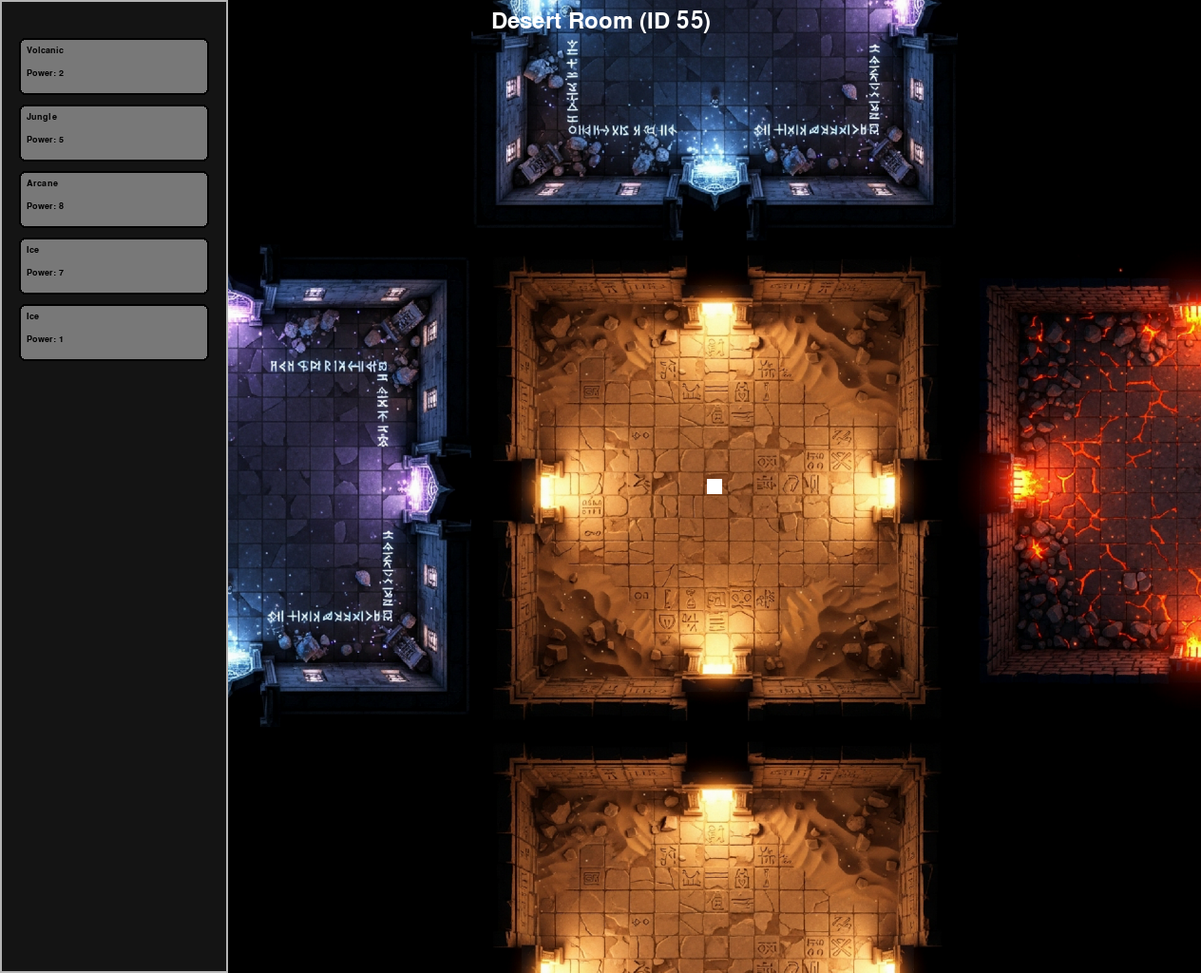
Repository: MehediMim/GateBound
Script's output: python main.py
These files come from the project's save history. The script's output is drawn as it stood at one moment and after the next save; the edit follows.
The pictures are shown at 95% of full size.
The window is shown after at most 60 frames with no key pressed. Random numbers start from a fixed seed. It also reads assets/bg_arcane.png, assets/bg_desert.png, assets/bg_ice.png, assets/bg_jungle.png, assets/bg_volcanic.png.

Above is the script's output before, as saved 2026-01-26 18:59:25.

### main.py
import pygame
import sys
import random

# =========================
# CONFIG
# =========================
ROOM_ORIGINAL = 1024
ROOM_SCALE = 0.5
ROOM_DRAW = int(ROOM_ORIGINAL * ROOM_SCALE)  # 512
FPS = 60
PLAYER_SPEED = 5
DEBUG = False

GRID_W = 10
GRID_H = 10

# =========================
# UI / LAYOUT (IMPORTANT)
# =========================
SIDEBAR_W = 240                     # LEFT UI ONLY
PREVIEW_MARGIN = ROOM_DRAW // 2     # space for half rooms

SCREEN_WIDTH  = SIDEBAR_W + ROOM_DRAW + PREVIEW_MARGIN * 2
SCREEN_HEIGHT = ROOM_DRAW + PREVIEW_MARGIN * 2

# =========================
# CARD CONFIG
# =========================
CARD_TYPES = ["Jungle", "Desert", "Ice", "Volcanic", "Arcane"]
CARD_MIN_POWER = 1
CARD_MAX_POWER = 9
MAX_CARDS = 5

# =========================
# INIT
# =========================
pygame.init()
screen = pygame.display.set_mode((SCREEN_WIDTH, SCREEN_HEIGHT))
pygame.display.set_caption("Tower Puzzle — Rooms (10x10)")
clock = pygame.time.Clock()

font = pygame.font.SysFont(None, 36)
map_font = pygame.font.SysFont(None, 14)

# =========================
# ROOM TYPES + BG
# =========================
ROOM_TYPES = ["Jungle", "Desert", "Ice", "Volcanic", "Arcane"]

BG_RAW = {
    "Jungle": pygame.image.load("assets/bg_jungle.png").convert(),
    "Desert": pygame.image.load("assets/bg_desert.png").convert(),
    "Ice": pygame.image.load("assets/bg_ice.png").convert(),
    "Volcanic": pygame.image.load("assets/bg_volcanic.png").convert(),
    "Arcane": pygame.image.load("assets/bg_arcane.png").convert(),
}

BG = {
    k: pygame.transform.smoothscale(v, (ROOM_DRAW, ROOM_DRAW))
    for k, v in BG_RAW.items()
}

# =========================
# GAME BOX (UNCHANGED LOGIC)
# =========================
GAME_BOX_RECT = pygame.Rect(
    SIDEBAR_W + PREVIEW_MARGIN,
    PREVIEW_MARGIN,
    ROOM_DRAW,
    ROOM_DRAW
)

ROOM_RECT = GAME_BOX_RECT.copy()

# =========================
# DOORS
# =========================
DOORS = {
    "top":    pygame.Rect(ROOM_RECT.centerx - 56, ROOM_RECT.top - 112, 112, 112),
    "bottom": pygame.Rect(ROOM_RECT.centerx - 56, ROOM_RECT.bottom,     112, 112),
    "left":   pygame.Rect(ROOM_RECT.left - 112,   ROOM_RECT.centery - 56, 112, 112),
    "right":  pygame.Rect(ROOM_RECT.right,        ROOM_RECT.centery - 56, 112, 112),
}

WALK_RECT = ROOM_RECT.copy()
for r in DOORS.values():
    WALK_RECT.union_ip(r)

SPAWN = ROOM_RECT.center

# =========================
# WORLD (10x10 FIXED)
# =========================
rooms = {}

def room_id(x, y):
    return y * GRID_W + x

def create_world():
    for y in range(GRID_H):
        for x in range(GRID_W):
            rid = room_id(x, y)
            links = {}
            if y > 0: links["top"] = room_id(x, y - 1)
            if y < GRID_H - 1: links["bottom"] = room_id(x, y + 1)
            if x > 0: links["left"] = room_id(x - 1, y)
            if x < GRID_W - 1: links["right"] = room_id(x + 1, y)

            rooms[rid] = {
                "id": rid,
                "pos": (x, y),
                "type": random.choice(ROOM_TYPES),
                "links": links
            }

create_world()
current = room_id(GRID_W // 2, GRID_H // 2)

# =========================
# PLAYER
# =========================
player = pygame.Rect(0, 0, 16, 16)
player.center = SPAWN

# =========================
# CARDS
# =========================
cards = []

def create_random_card():
    return {
        "type": random.choice(CARD_TYPES),
        "power": random.randint(CARD_MIN_POWER, CARD_MAX_POWER)
    }

cards = [create_random_card() for _ in range(MAX_CARDS)]

# =========================
# MOVEMENT
# =========================
def move(dx, dy):
    player.x += dx
    player.y += dy
    player.clamp_ip(WALK_RECT)

def change_room(direction):
    global current
    if direction in rooms[current]["links"]:
        current = rooms[current]["links"][direction]
        player.center = SPAWN

def handle_doors():
    for d, r in DOORS.items():
        if player.colliderect(r):
            change_room(d)
            break

# =========================
# DRAW UI
# =========================
def draw_cards():
    x = 20
    y = 40
    w = SIDEBAR_W - 40
    h = 60
    gap = 10

    for i, c in enumerate(cards):
        rect = pygame.Rect(x, y + i * (h + gap), w, h)
        pygame.draw.rect(screen, (120, 120, 120), rect, border_radius=6)
        pygame.draw.rect(screen, (0, 0, 0), rect, 2, border_radius=6)
        screen.blit(map_font.render(c["type"], True, (0,0,0)), (rect.x+8, rect.y+8))
        screen.blit(map_font.render(f"Power: {c['power']}", True, (0,0,0)), (rect.x+8, rect.y+32))

# =========================
# LOOP
# =========================
while True:
    clock.tick(FPS)

    for e in pygame.event.get():
        if e.type == pygame.QUIT:
            pygame.quit()
            sys.exit()

    k = pygame.key.get_pressed()
    dx = dy = 0
    if k[pygame.K_a] or k[pygame.K_LEFT]: dx -= PLAYER_SPEED
    if k[pygame.K_d] or k[pygame.K_RIGHT]: dx += PLAYER_SPEED
    if k[pygame.K_w] or k[pygame.K_UP]: dy -= PLAYER_SPEED
    if k[pygame.K_s] or k[pygame.K_DOWN]: dy += PLAYER_SPEED

    move(dx, dy)
    handle_doors()

    screen.fill((0,0,0))

    # Sidebar
    pygame.draw.rect(screen, (20,20,20), (0,0,SIDEBAR_W,SCREEN_HEIGHT))
    pygame.draw.rect(screen, (180,180,180), (0,0,SIDEBAR_W,SCREEN_HEIGHT), 2)

    # Game box border
    pygame.draw.rect(screen, (30,30,30), GAME_BOX_RECT)
    pygame.draw.rect(screen, (180,180,180), GAME_BOX_RECT, 2)

    room = rooms[current]
    cx, cy = ROOM_RECT.topleft
    w = h = ROOM_DRAW
    half = w // 2

    # Center
    screen.blit(BG[room["type"]], (cx, cy))

    # Neighbors (VISIBLE, NOT CLIPPED)
    if "top" in room["links"]:
        t = rooms[room["links"]["top"]]
        screen.blit(BG[t["type"]].subsurface((0, half, w, half)), (cx, cy-half))
    if "bottom" in room["links"]:
        b = rooms[room["links"]["bottom"]]
        screen.blit(BG[b["type"]].subsurface((0, 0, w, half)), (cx, cy+w))
    if "left" in room["links"]:
        l = rooms[room["links"]["left"]]
        screen.blit(BG[l["type"]].subsurface((half, 0, half, h)), (cx-half, cy))
    if "right" in room["links"]:
        r = rooms[room["links"]["right"]]
        screen.blit(BG[r["type"]].subsurface((0, 0, half, h)), (cx+w, cy))

    pygame.draw.rect(screen, (255,255,255), player)

    draw_cards()

    label = font.render(f"{room['type']} Room (ID {current})", True, (255,255,255))
    screen.blit(label, (SCREEN_WIDTH//2 - label.get_width()//2, 10))

    pygame.display.flip()

After the next save:
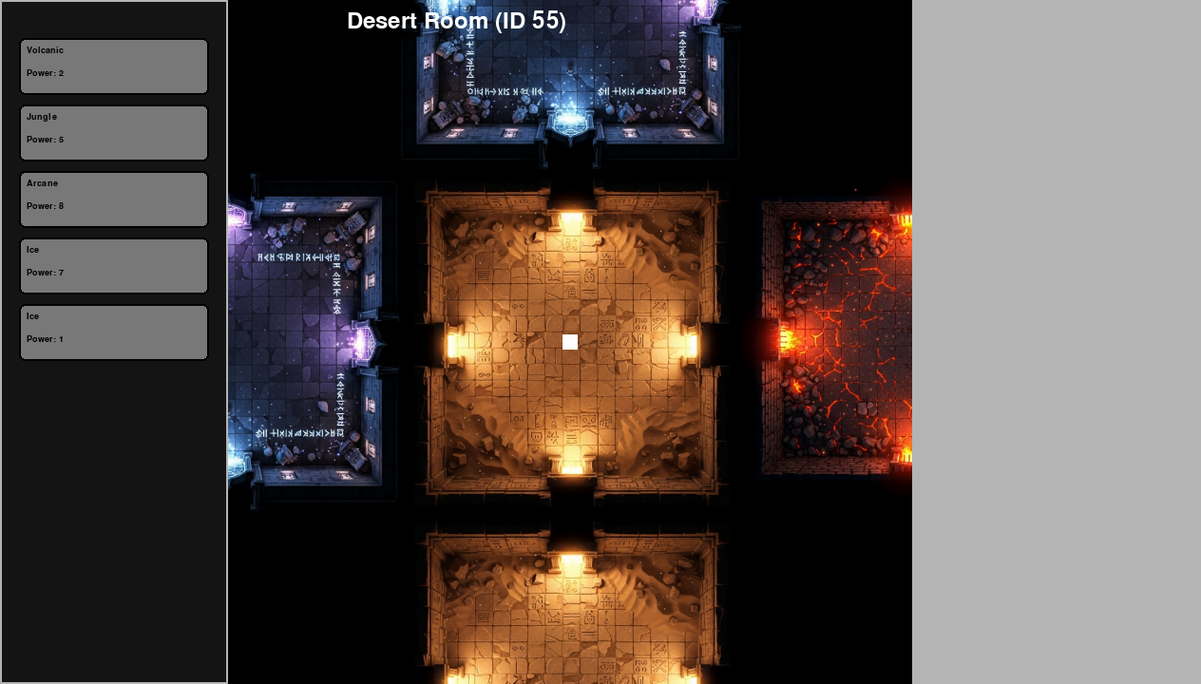
Saved 32 s later.
--- a/main.py
+++ b/main.py
@@ -5,7 +5,7 @@ import random
 # =========================
 # CONFIG
 # =========================
-ROOM_ORIGINAL = 1024
+ROOM_ORIGINAL = 720
 ROOM_SCALE = 0.5
 ROOM_DRAW = int(ROOM_ORIGINAL * ROOM_SCALE)  # 512
 FPS = 60
